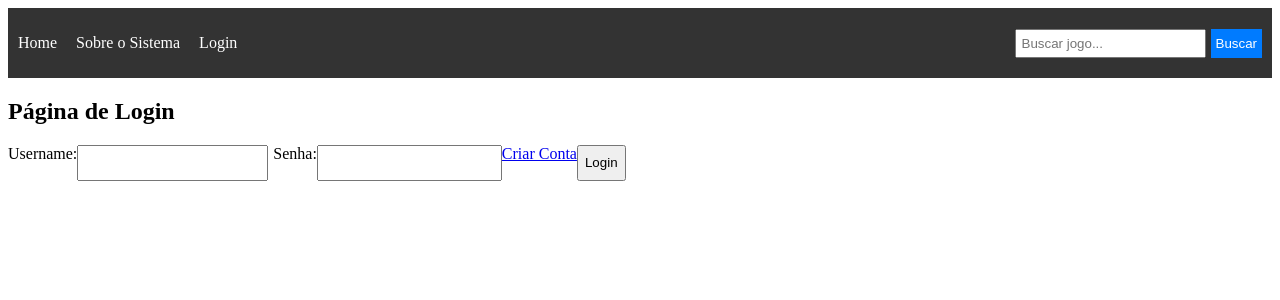
Repository: lucasparila/JogosEletronicos
Page: http://localhost/JogosEletronicos/view/login.jsp
An editor plug-in stored every save of this project. The page is shown before and after the next save, followed by the edit.
The browser window is 1280 px wide. The pictures show the whole page.
The page is served by Tomcat 9. Other server files are loaded and not shown.

Above is the page before, as saved 2025-05-17 17:49:11.

### JogosEletronicos/src/main/webapp/view/login.jsp
<%@ page contentType="text/html; charset=UTF-8" pageEncoding="UTF-8" %>
<!DOCTYPE html>
<html>
<head>
    <title>Cadastrar Jogo</title>
    <link rel="stylesheet" href="<%= request.getContextPath() %>/css/header.css">
</head>
<body>

<%
    String contextPath = ((HttpServletRequest) request).getContextPath();
%>

    <jsp:include page="header.jsp" />
    <h2 class="titulo-login">Página de Login</h2>

    <form class="form-login" action="<%= request.getContextPath() %>/login" method="post">
        <label>Username:</label>
        <input type="text" name="username" required><br><br> <!-- Correção aqui -->

        <label>Senha:</label>
        <input type="password" name="senha" required><br><br> <!-- Correção aqui -->

        <a href="<%= contextPath %>/view/criar-conta.jsp">Criar Conta</a>
        <input type="submit" value="Login">
    </form>

    <% String mensagem = (String) session.getAttribute("mensagem"); %>
<% if (mensagem != null) { %>
    <p style="color: red;"><%= mensagem %></p>
    <% session.removeAttribute("mensagem"); %> <!-- Remove após exibir -->
<% } %>
</body>
</html>

### JogosEletronicos/src/main/webapp/view/header.jsp
<%@ page contentType="text/html; charset=UTF-8" pageEncoding="UTF-8" %>
<%@ page import="javax.servlet.http.HttpServletRequest" %>
<!DOCTYPE html>
<html>
<head>
    <title>Header</title>
    <link rel="stylesheet" href="<%= request.getContextPath() %>/css/header.css">

</head>


    <%@ page session="true" %>
	<%
    	String username = (String) session.getAttribute("username");
	%>

<%
    String contextPath = ((HttpServletRequest) request).getContextPath();
%>

<header>
    <nav>
        <ul>
            <li><a href="<%= contextPath %>/index.jsp">Home</a></li>
            <li><a href="<%= contextPath %>/view/sobre-sistema.jsp">Sobre o Sistema</a></li>
            <% if (username != null) { %>
        		<li><p>Bem-vindo, <%= username %>!</p></li>
        		<li><a href="logout">Sair</a></li>
    		<% } else { %>
        		<li><a href="<%= contextPath %>/view/login.jsp">Login</a></li>
    		<% } %>

        </ul>
    </nav>

    <!-- Campo de busca -->
    <form action="<%= request.getContextPath() %>/buscar-jogo" method="post">
        <input type="text" name="titulo" placeholder="Buscar jogo..." required>
        <button type="submit">Buscar</button>
    </form>
</header>

</html>

### JogosEletronicos/src/main/webapp/css/header.css
header {
    background-color: #333;
    padding: 10px;
    display: flex;
    justify-content: space-between;
    align-items: center;
}
nav ul {
    list-style: none;
    padding: 0;
}
nav ul li {
    display: inline;
    margin-right: 15px;
}
nav ul li a {
    color: white;
    text-decoration: none;
}
form {
    display: flex;
}
input[type="text"] {
    padding: 5px;
    margin-right: 5px;
}
button {
    padding: 5px;
    background-color: #007bff;
    color: white;
    border: none;
    cursor: pointer;
}

After the next save:
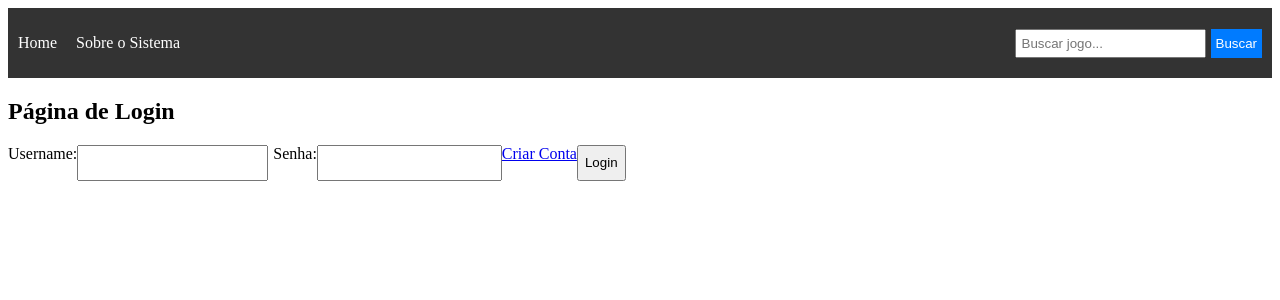
Saved 19 s later.
--- a/JogosEletronicos/src/main/webapp/view/header.jsp
+++ b/JogosEletronicos/src/main/webapp/view/header.jsp
@@ -26,7 +26,7 @@
             <% if (username != null) { %>
         		<li><p>Bem-vindo, <%= username %>!</p></li>
         		<li><a href="logout">Sair</a></li>
-    		<% } else { %>
+    		 } else { %>
         		<li><a href="<%= contextPath %>/view/login.jsp">Login</a></li>
     		<% } %>
 
